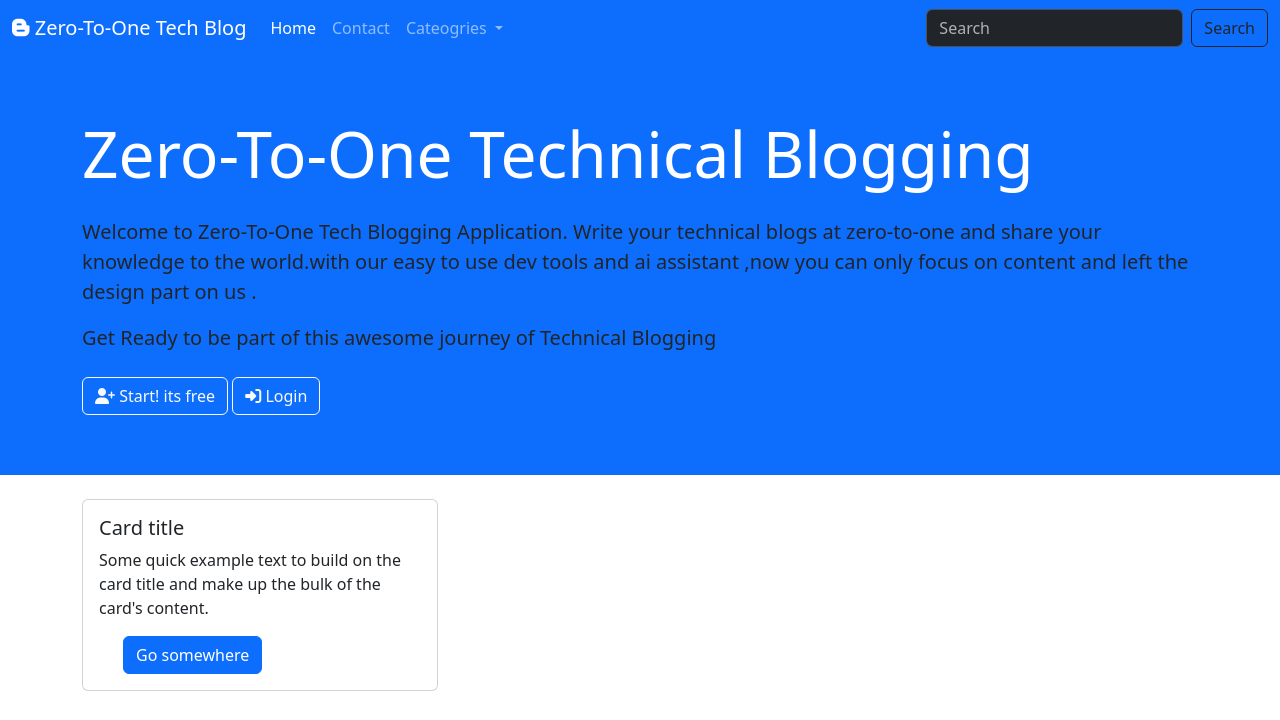
Repository: Gaurav560/PROJECT-ZeroToOne-TechBlog
Page: http://localhost/ZeroToOne/
The author's editor kept a copy of each file at every save. The page is drawn from the files as they stood at one save, then again after the next save.
The browser window is 1280 px wide. The pictures show the whole page.
Some web libraries are served in a nearby version. The page is served by Tomcat 9.

Above is the page before, as saved 2023-04-29 07:51:56.

After the next save:
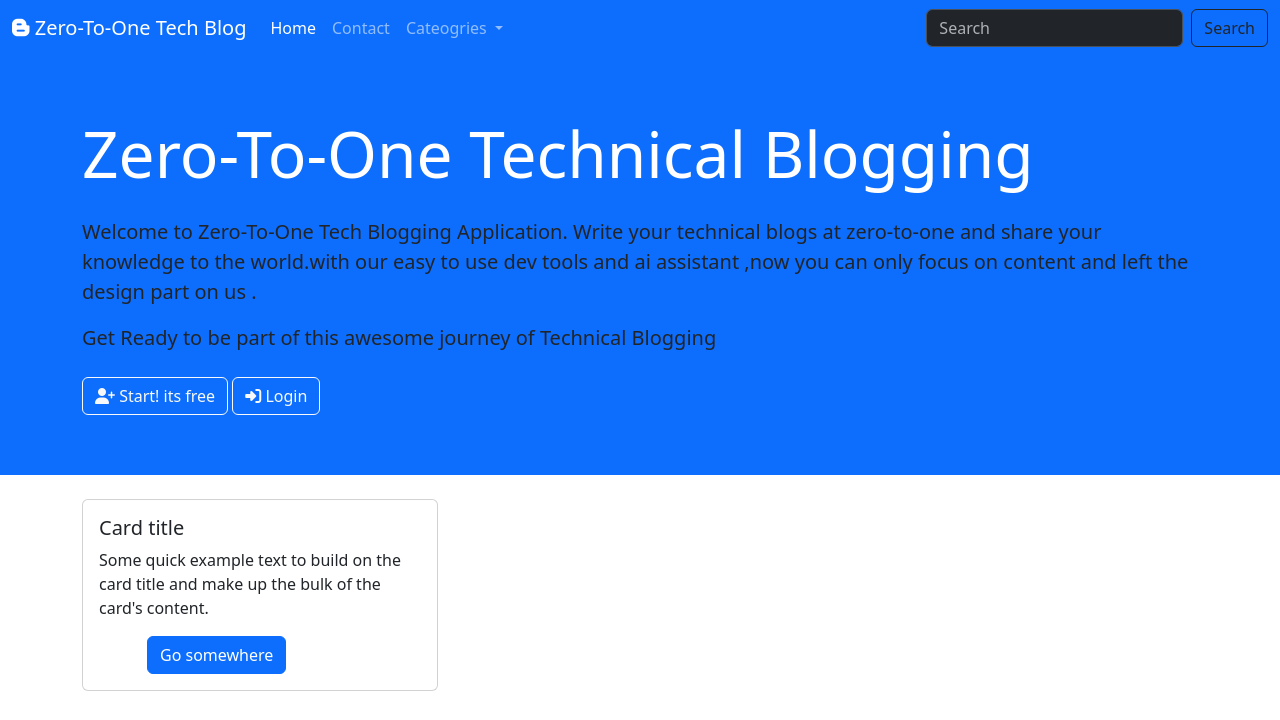
Saved 14 s later.
--- a/ZeroToOne/src/main/webapp/index.jsp
+++ b/ZeroToOne/src/main/webapp/index.jsp
@@ -59,7 +59,7 @@
   <div class="card-body">
     <h5 class="card-title">Card title</h5>
     <p class="card-text">Some quick example text to build on the card title and make up the bulk of the card's content.</p>
-    <a href="#" class="btn btn-primary ms-4">Go somewhere</a>
+    <a href="#" class="btn btn-primary ms-5">Go somewhere</a>
   </div>
 </div>
 </div>
